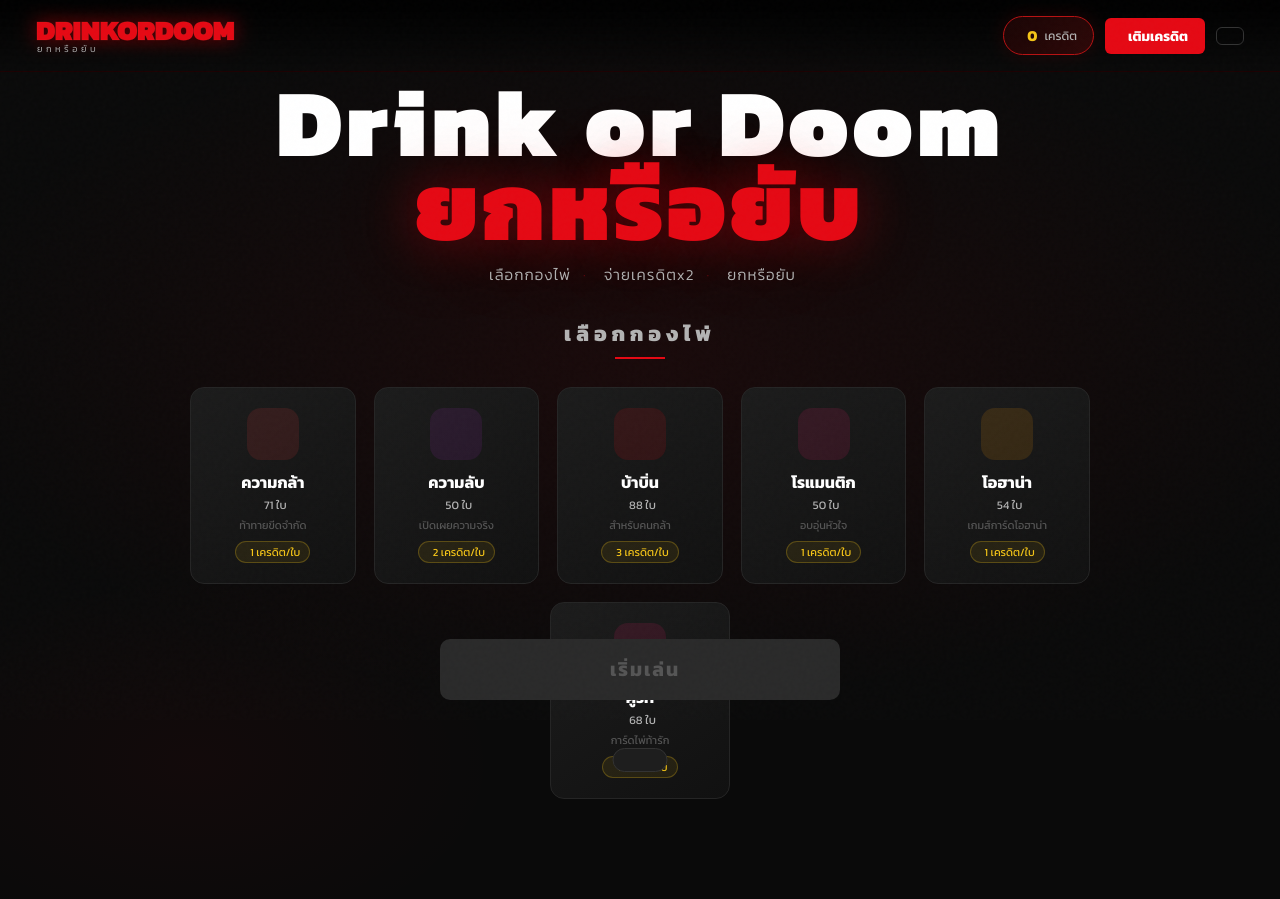
Repository: nuthiokhaw99/Drink-or-Doom.github.io
Page: index.html
These files come from the project's save history. The page is drawn as it stood at one moment and after the next save; the edit follows.
The browser window is 1280 px wide. The pictures show the whole page.
Some icons come from a web library that is not loaded, so they are not drawn.

Above is the page before, as saved 2026-03-25 13:33:33.
Console error: SyntaxError: Unexpected token ')'

After the next save:
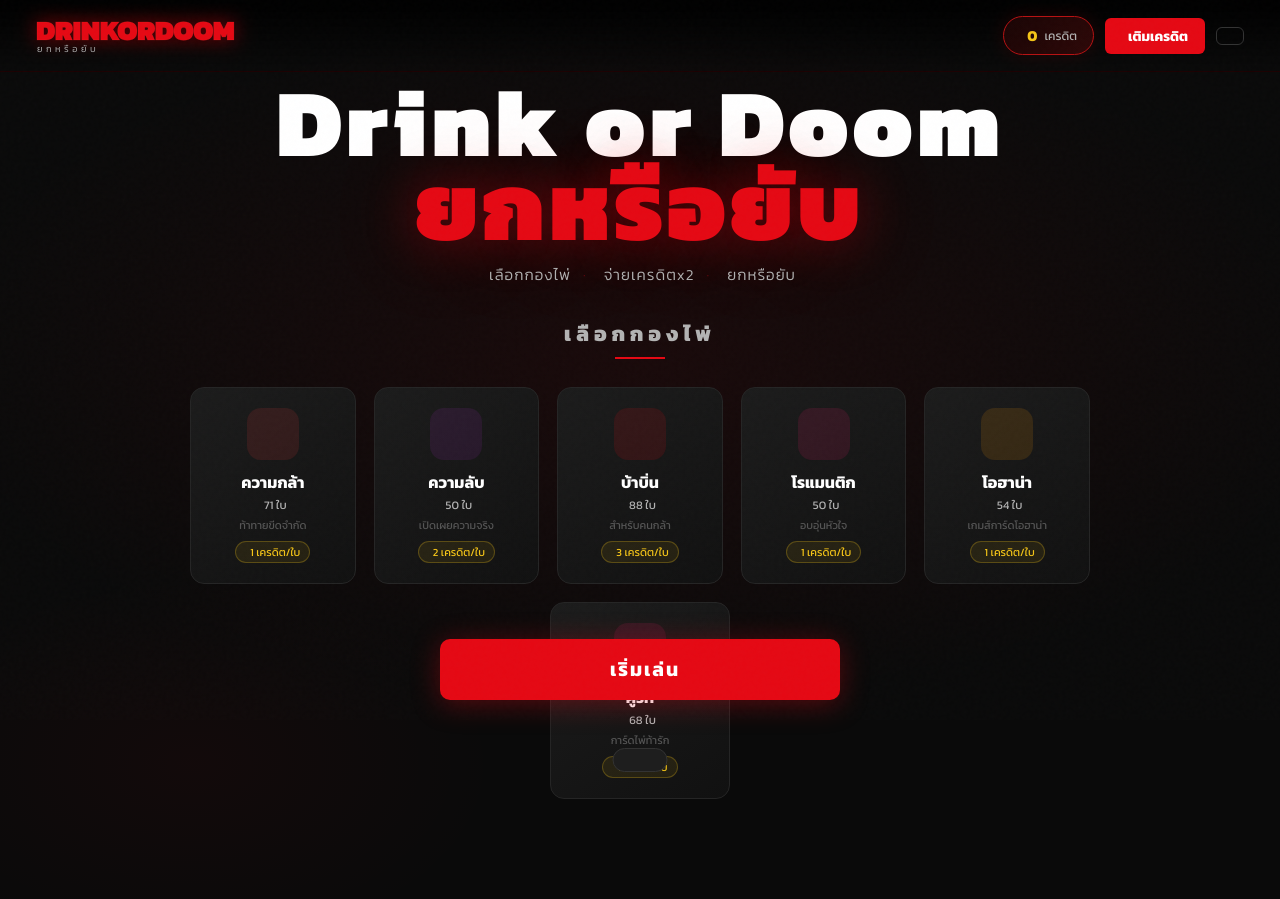
Saved 6 h 44 min later.
--- a/js/app.js
+++ b/js/app.js
@@ -14,7 +14,7 @@
 };
 
 let credits  = parseInt(localStorage.getItem('ds_cr') || '0');
-let selDeck  = null;
+let selDeck = [];
 
 const saveCr = () => localStorage.setItem('ds_cr', credits);
 const getTh  = (d) => THEMES[d.theme || 'default'] || 'th-default';
@@ -155,5 +155,6 @@
     }
   }
 });
+
 // เพิ่มที่ด้านล่างสุด ต่อจาก renderDecks();
 applyTestMode();
